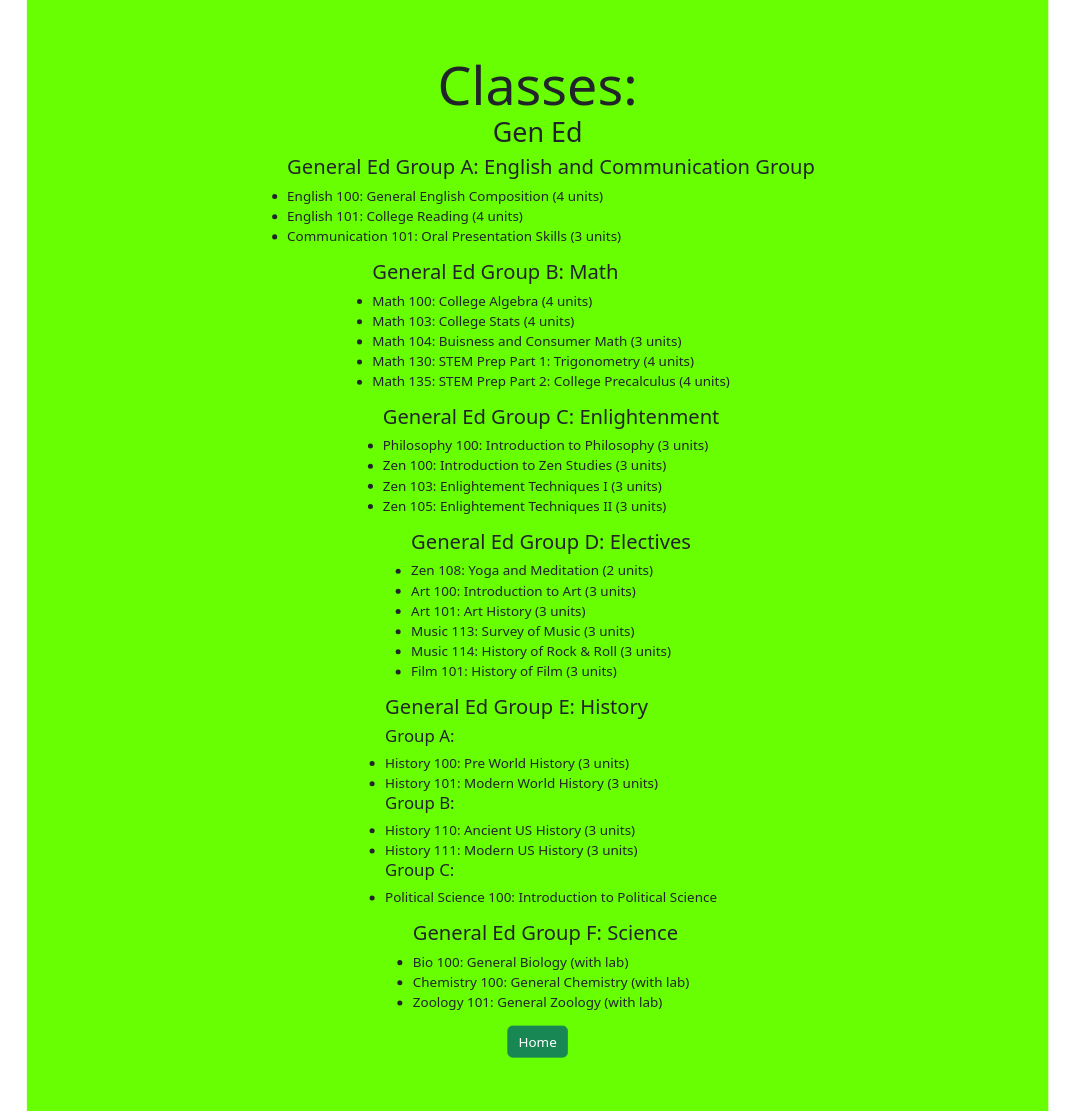
Repository: collegedude9300/zenschool
Page: /Classes
These files come from the project's save history. The page is drawn as it stood at one moment and after the next save; the edit follows.
The browser window is 1280 px wide. The pictures show the whole page, at 84% of full size.
The project was rebuilt for these pictures with package versions that can differ from the ones it lists, and the page was loaded fresh each time. The framework's server and built-in components were replaced by stand-ins that run in the browser. Also part of the build but not shown: next.config.js.

Above is the page before, as saved 2022-10-30 20:41:53.

### pages/Classes.js
/* eslint-disable @next/next/no-html-link-for-pages */
import Head from 'next/head'
import Image from 'next/image'
import styles from '../styles/Home.module.css'
import 'bootstrap/dist/css/bootstrap.css'
import Link from 'next/link';
export default function Classes() {
  return (
    <div className={styles.container}>
      <Head>
        <title>Classes</title>
        <meta name="description" content="Generated by create next app" />
        <link rel="icon" href="/favicon.png" />
      </Head>
      <main className={styles.classpage}>
        <h1 className={styles.title}>
          Classes:
        </h1>
    <h2> Gen Ed</h2>
        <ul>
    <h4>General Ed Group A: English and Communication Group </h4>
   <li> English 100: General English Composition (4 units)</li>
    <li> English 101: College Reading  (4 units)</li>
    <li> Communication 101: Oral Presentation Skills (3 units) </li>
    </ul>
       <ul>
       <h4>General Ed Group B: Math </h4>
    <li> Math 100: College Algebra (4 units) </li>
    <li> Math 103: College Stats (4 units) </li>
    <li> Math 104: Buisness and Consumer Math (3 units) </li>
    <li> Math 130: STEM Prep Part 1: Trigonometry (4 units) </li>
    <li> Math 135:  STEM Prep Part 2: College Precalculus (4 units) </li>
    </ul>
    <ul>
    <h4>General Ed Group C: Enlightenment </h4>
    <li> Philosophy 100: Introduction to Philosophy (3 units)</li>
    <li> Zen 100: Introduction to Zen Studies (3 units) </li>
    <li> Zen 103: Enlightement Techniques I (3 units) </li>
    <li> Zen 105: Enlightement Techniques II (3 units) </li>
    </ul>
    <ul>
    <h4>General Ed Group D: Electives </h4>
    <li> Zen 108:  Yoga and Meditation (2 units) </li>
    <li> Art 100: Introduction to Art (3 units)</li>
    <li> Art 101: Art History (3 units) </li>
    <li> Music 113: Survey of Music  (3 units)</li>
    <li> Music 114: History of Rock & Roll (3 units) </li>
    <li> Film 101: History of Film (3 units) </li>
    </ul>
    <ul>
    <h4>General Ed Group E: History </h4>
    <h5> Group A:</h5>
    <li> History 100: Pre World History (3 units) </li>
    <li> History 101: Modern World History (3 units) </li>
    <h5> Group B:</h5>
    <li> History 110: Ancient US History (3 units) </li>
    <li> History 111: Modern US History (3 units) </li>
    <h5> Group C:</h5>
    <li> Political Science 100: Introduction to Political Science </li>
    </ul>
    <ul>
    <h4>General Ed Group F: Science </h4>
    <li> Bio 100: General Biology (with lab) </li>
    <li> Chemistry 100: General Chemistry (with lab)</li>
    <li> Zoology 101: General Zoology (with lab)</li>
    </ul>
    <Link legacyBehavior href="/">
        <a className="btn btn-success">Home</a>
        </Link>
      </main>
    </div>
  )
}

### styles/Home.module.css
.container {
  padding: 0 2rem;
}
.main {
  min-height: 100vh;
  padding: 4rem 0;
  flex: 1;
  display: flex;
  flex-direction: column;
  justify-content: center;
  align-items: center;
  background-color: #ecf025;
}
.classpage {
  min-height: 100vh;
  padding: 4rem 0;
  flex: 1;
  display: flex;
  flex-direction: column;
  justify-content: center;
  align-items: center;
  background-color: #67ff02;
}
.gened {
  min-height: 100vh;
  padding: 4rem 0;
  flex: 1;
  display: flex;
  flex-direction: column;
  justify-content: center;
  align-items: center;
  background-color: #18e6db;
}
.login {
  min-height: 100vh;
  padding: 4rem 0;
  flex: 1;
  display: flex;
  flex-direction: column;
  justify-content: center;
  align-items: center;
  background-color: #ffc400;
}
.footer {
  display: flex;
  flex: 1;
  padding: 2rem 0;
  border-top: 1px solid #eaeaea;
  justify-content: center;
  align-items: center;
}

.footer a {
  display: flex;
  justify-content: center;
  align-items: center;
  flex-grow: 1;
}

.title a {
  color: #0070f3;
  text-decoration: none;
}

.title a:hover,
.title a:focus,
.title a:active {
  text-decoration: underline;
}

.title {
  margin: 0;
  line-height: 1.15;
  font-size: 4rem;
}

.title,
.description {
  text-align: center;
}

.description {
  margin: 4rem 0;
  line-height: 1.5;
  font-size: 1.5rem;
}

.code {
  background: #fafafa;
  border-radius: 5px;
  padding: 0.75rem;
  font-size: 1.1rem;
  font-family: Menlo, Monaco, Lucida Console, Liberation Mono, DejaVu Sans Mono,
    Bitstream Vera Sans Mono, Courier New, monospace;
}

.grid {
  display: flex;
  align-items: center;
  justify-content: center;
  flex-wrap: wrap;
  max-width: 800px;
}

.card {
  margin: 1rem;
  padding: 1.5rem;
  text-align: left;
  color: inherit;
  text-decoration: none;
  border: 1px solid #eaeaea;
  border-radius: 10px;
  transition: color 0.15s ease, border-color 0.15s ease;
  max-width: 300px;
}

.card:hover,
.card:focus,
.card:active {
  color: #0070f3;
  border-color: #0070f3;
}

.card h2 {
  margin: 0 0 1rem 0;
  font-size: 1.5rem;
}

.card p {
  margin: 0;
  font-size: 1.25rem;
  line-height: 1.5;
}

.logo {
  height: 1em;
  margin-left: 0.5rem;
}

@media (max-width: 600px) {
  .grid {
    width: 100%;
    flex-direction: column;
  }
}

@media (prefers-color-scheme: dark) {
  .card,
  .footer {
    border-color: #222;
  }
  .code {
    background: #111;
  }
  .logo img {
    filter: invert(1);
  }
}

Loaded but not shown: pages/_app.js (common file); styles/globals.css (common file)

After the next save:
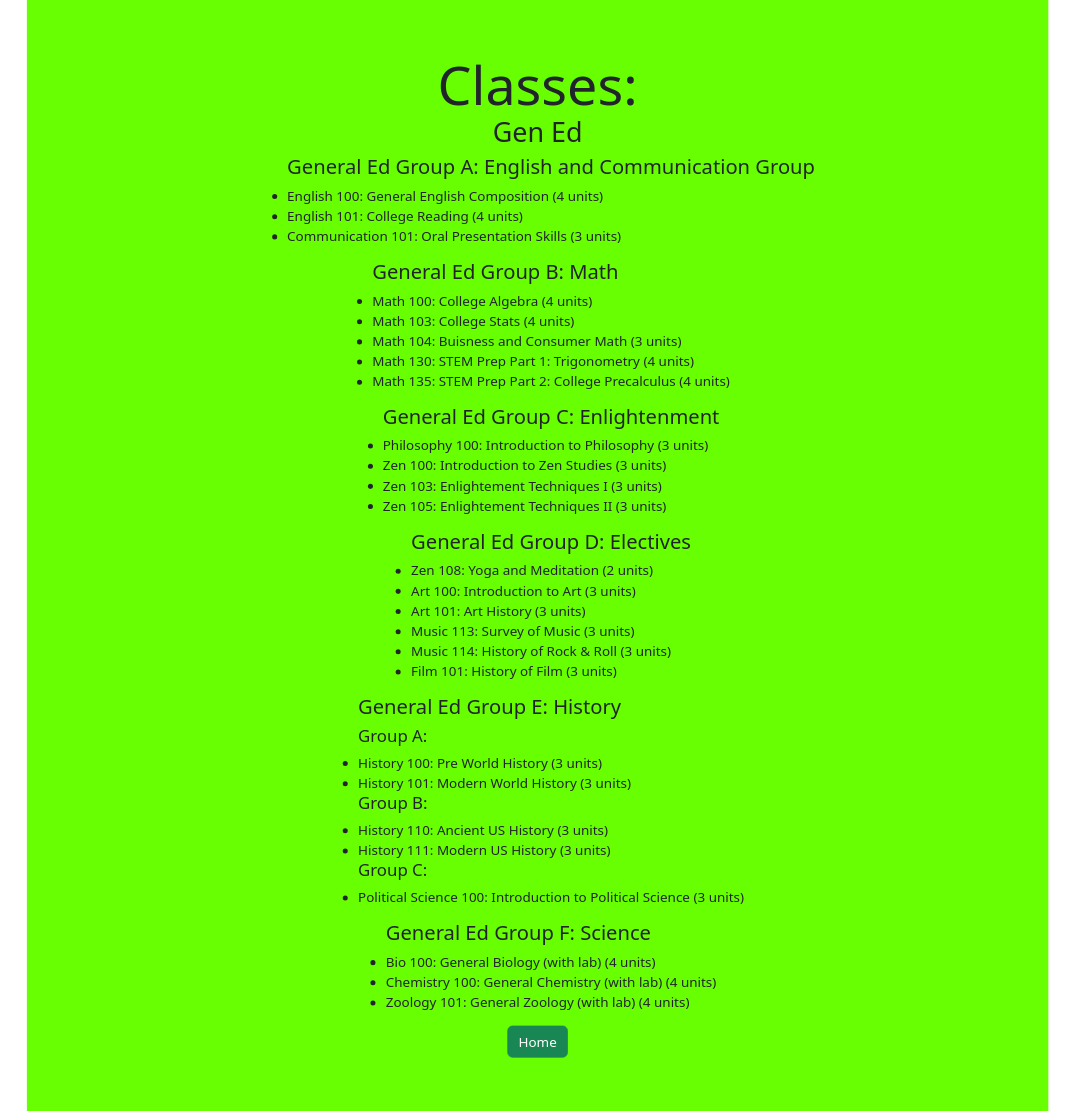
Saved 25 s later.
--- a/pages/Classes.js
+++ b/pages/Classes.js
@@ -56,13 +56,13 @@ export default function Classes() {
     <li> History 110: Ancient US History (3 units) </li>
     <li> History 111: Modern US History (3 units) </li>
     <h5> Group C:</h5>
-    <li> Political Science 100: Introduction to Political Science </li>
+    <li> Political Science 100: Introduction to Political Science (3 units) </li>
     </ul>
     <ul>
     <h4>General Ed Group F: Science </h4>
-    <li> Bio 100: General Biology (with lab) </li>
-    <li> Chemistry 100: General Chemistry (with lab)</li>
-    <li> Zoology 101: General Zoology (with lab)</li>
+    <li> Bio 100: General Biology (with lab) (4 units) </li>
+    <li> Chemistry 100: General Chemistry (with lab) (4 units)</li>
+    <li> Zoology 101: General Zoology (with lab) (4 units)</li>
     </ul>
     <Link legacyBehavior href="/">
         <a className="btn btn-success">Home</a>
